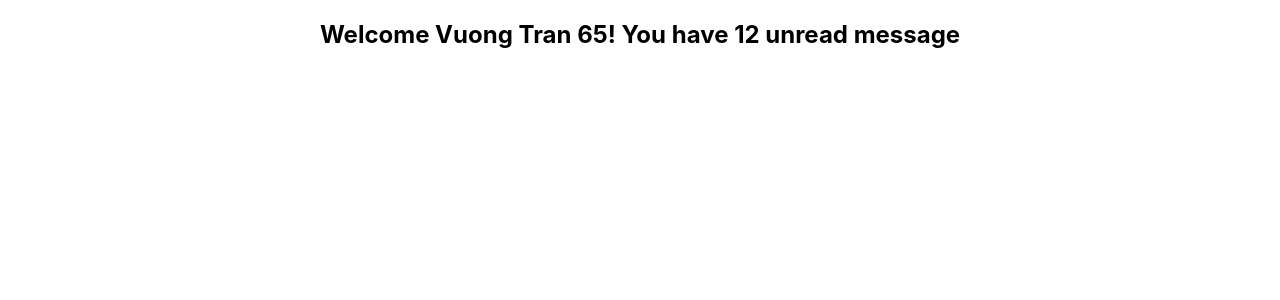
Repository: vuongtm1999/ALTA-exercise-1
Page: /
The author's editor kept a copy of each file at every save. The page is drawn from the files as they stood at one save, then again after the next save.
The browser window is 1280 px wide. The pictures show the whole page.
The project was rebuilt for these pictures with package versions that can differ from the ones it lists, and the page was loaded fresh each time.

Above is the page before, as saved 2022-10-24 16:32:58.

### src/App.tsx
import './App.css';
import { Greet } from './components/Greet';
import { Person } from './components/Person';

function App() {
  const personName = {
    firstName: "Vuong",
    lastName: "Tran",
  }
  return (
    <div className="App">
      <Greet name="Vuong Tran 65" messageCount={12} isLoggedIn={true}  />
      <Person name={personName} />
    </div>
  );
}

export default App;

### src/components/Greet.tsx
type Greetprops = {
    name: string
    messageCount: number
    isLoggedIn: boolean
}

const Greet = (props: Greetprops) => {
    return (
        <div>
            {props.isLoggedIn ?  <h2>Welcome {props.name}! You have {props.messageCount} unread message</h2> :
                                    <h2>Welcome guest</h2>
            }
        </div>
     );
};

export { Greet }

### src/components/Person.tsx
type PersonProps = {
    name: {
        first: string
        last: string
    }
}

export const Person = (props: PersonProps) => {
    return (
        <div>{props.name.first} {props.name.last}</div>
     );
}

Loaded but not shown: public/index.html (common file); src/index.tsx (common file); src/index.css (common file); src/reportWebVitals.ts (common file); src/App.css (common file)

After the next save:
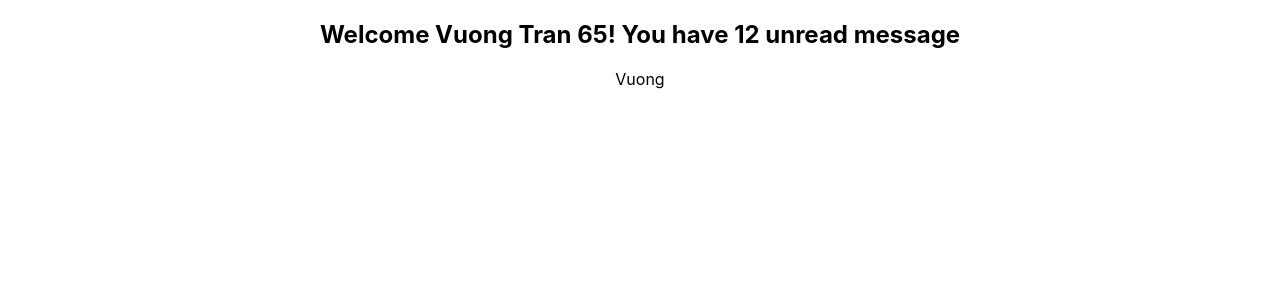
Saved 16 s later.
--- a/src/components/Person.tsx
+++ b/src/components/Person.tsx
@@ -1,12 +1,12 @@
 type PersonProps = {
     name: {
-        first: string
+        firstName: string
         last: string
     }
 }
 
 export const Person = (props: PersonProps) => {
     return (
-        <div>{props.name.first} {props.name.last}</div>
+        <div>{props.name.firstName} {props.name.last}</div>
      );
 }
